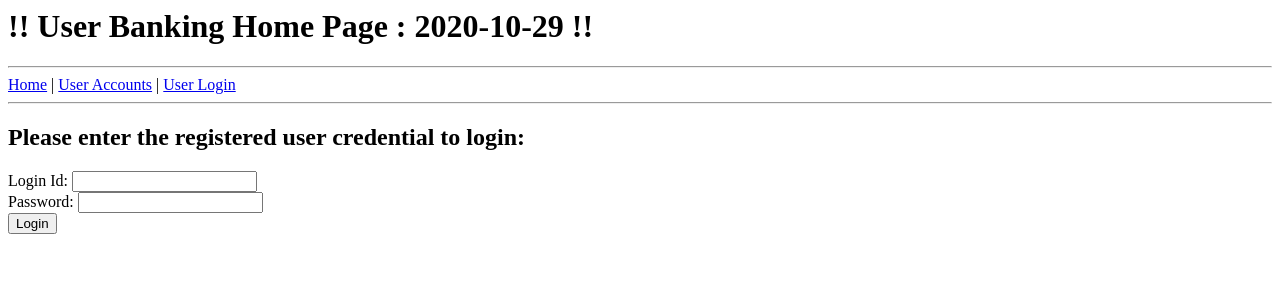
Repository: anik84/ibs
Page: http://localhost/IBS/user_home.jsp
The author's editor kept a copy of each file at every save. The page is drawn from the files as they stood at one save, then again after the next save.
The browser window is 1280 px wide. The pictures show the whole page.
The page is served by Tomcat 9.

Above is the page before, as saved 2020-10-29 07:21:19.

After the next save:
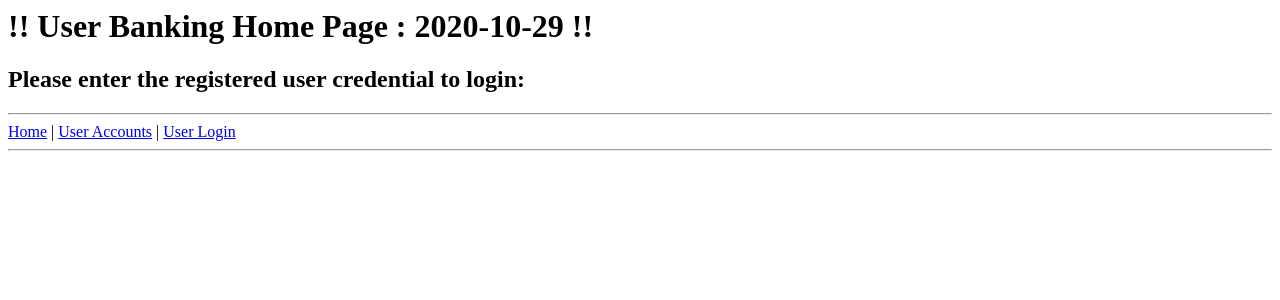
Saved 3 min 14 s later.
--- a/IBS_JSPs/IBS/WebContent/user_home.jsp
+++ b/IBS_JSPs/IBS/WebContent/user_home.jsp
@@ -5,21 +5,7 @@
 	</head>
 	<body>
 		<h1>!! User Banking Home Page : <%=LocalDate.now() %> !!</h1>
+		<h2>Please enter the registered user credential to login:</h2>
 		<jsp:include page="user_home_menu.jsp"/>
-
-		<h2>Please enter the registered user credential to login:</h2>
-		<form action="newuser" method="POST" >
-			<div>
-				<label>Login Id: </label>
-				<input type="text" name="firstName" required />
-			</div>
-			<div>
-				<label>Password:</label>
-				<input type="text" name="userPassword" required />
-			</div>
-			<div>
-				<button>Login</button>
-			</div>
-		</form>
 	</body>
 </html>
